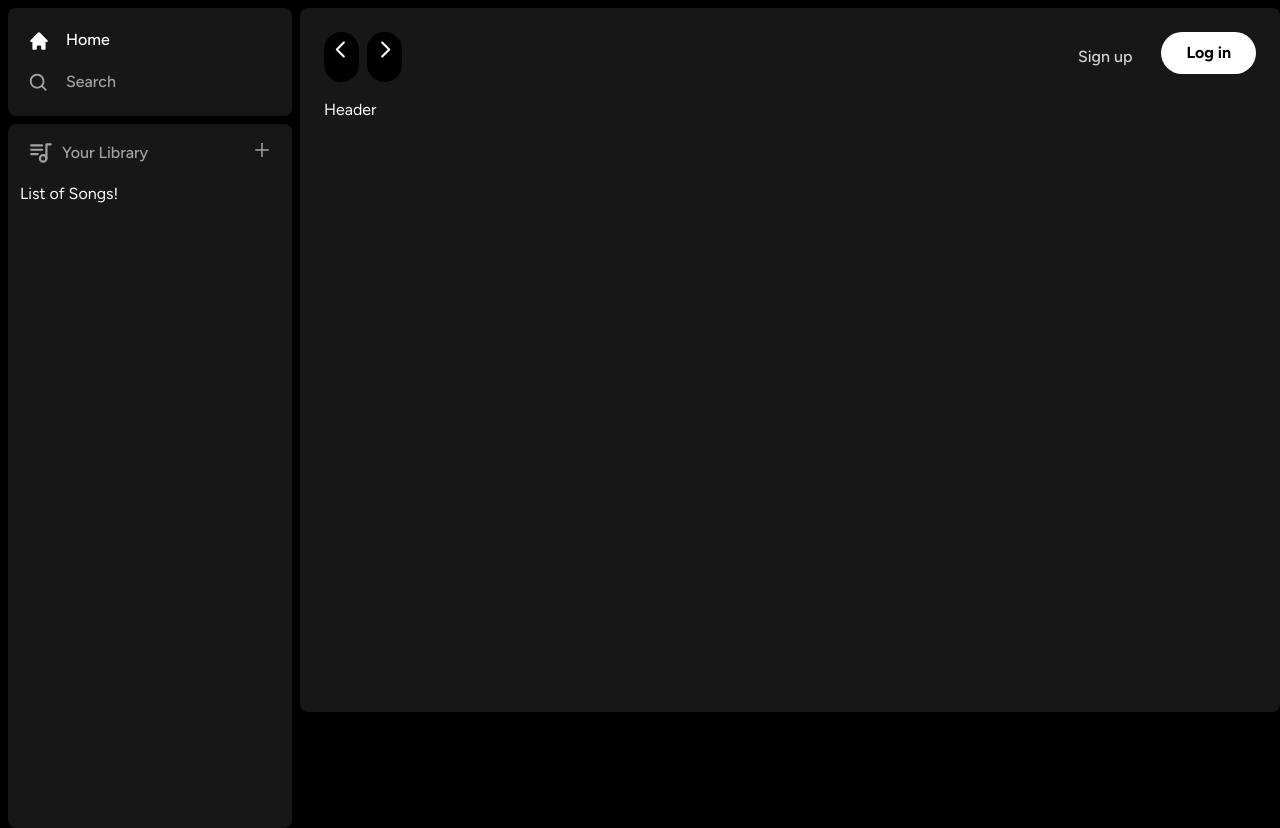
Repository: syni18/Rythum
Page: /
These files come from the project's save history. The page is drawn as it stood at one moment and after the next save; the edit follows.
The browser window is 1280 px wide. The pictures show the whole page.
The project was rebuilt for these pictures with package versions that can differ from the ones it lists, and the page was loaded fresh each time. The framework's server and built-in components were replaced by stand-ins that run in the browser. Also part of the build but not shown: next.config.js.

Above is the page before, as saved 2023-11-13 21:09:42.

After the next save:
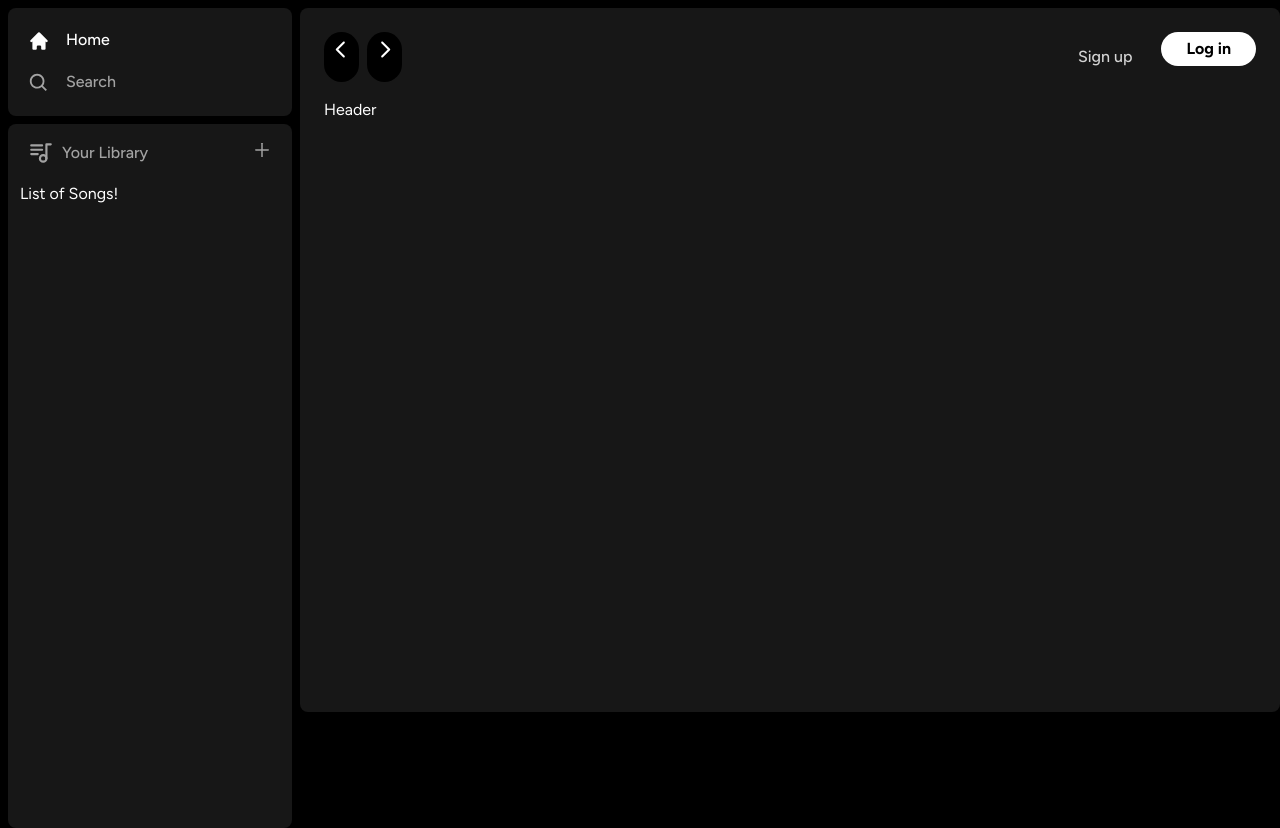
Saved 4 s later.
--- a/components/Header.tsx
+++ b/components/Header.tsx
@@ -125,7 +125,7 @@
                 className="
                         bg-white
                         px-6
-                        py-2
+                        py-1
                     "
               >
                 Log in
